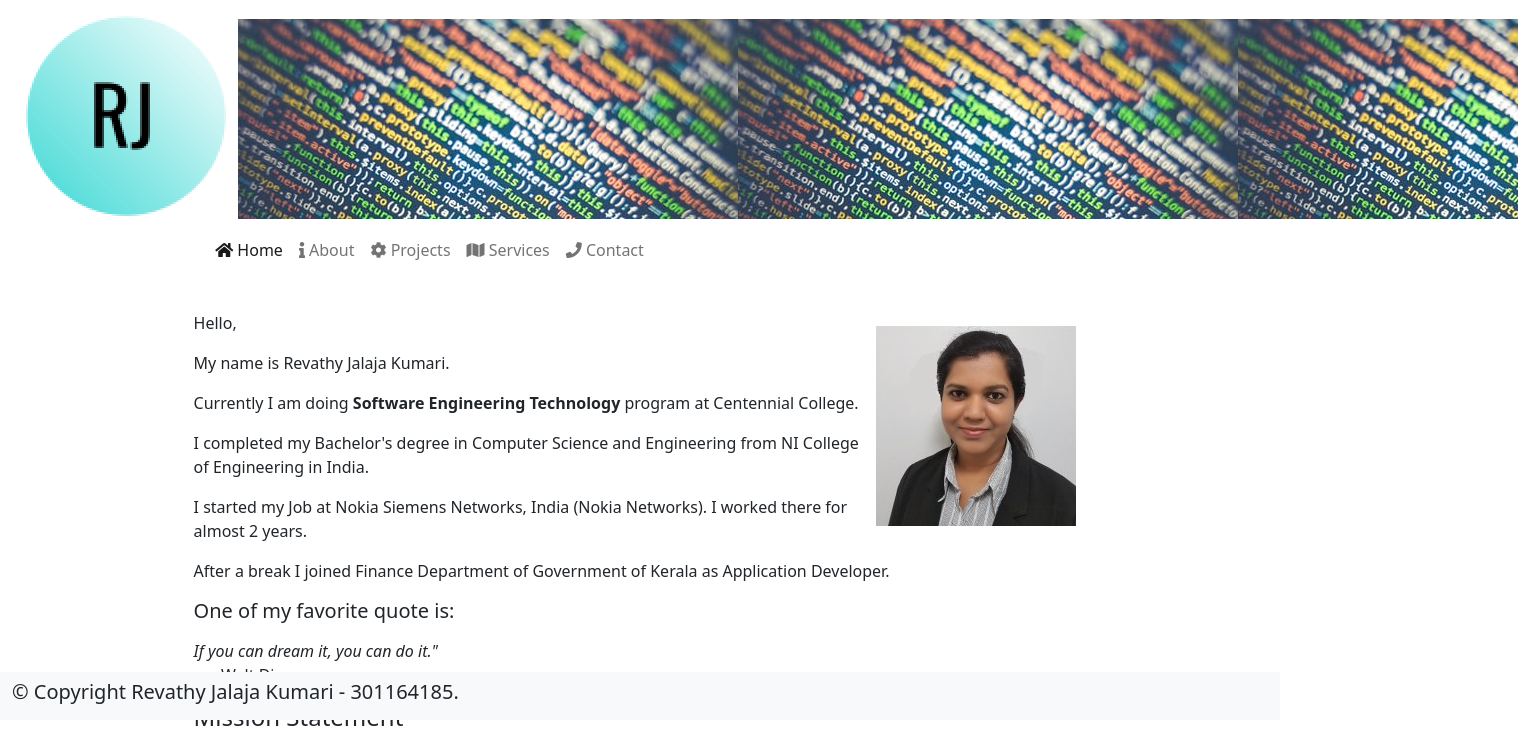
Repository: RevathyJK/Portfolio
Page: http://localhost/about
An editor plug-in stored every save of this project. The page is shown before and after the next save, followed by the edit.
The browser window is 1280 px wide. The page is 1519 px wide, so the pictures cover 1519 px, including what lies to the right of the window. The pictures show the whole page.
Backgrounds fixed to the window are drawn as part of the page. The page is served by the project's Node server (server.js).

Above is the page before, as saved 2021-10-01 14:13:30.

After the next save:
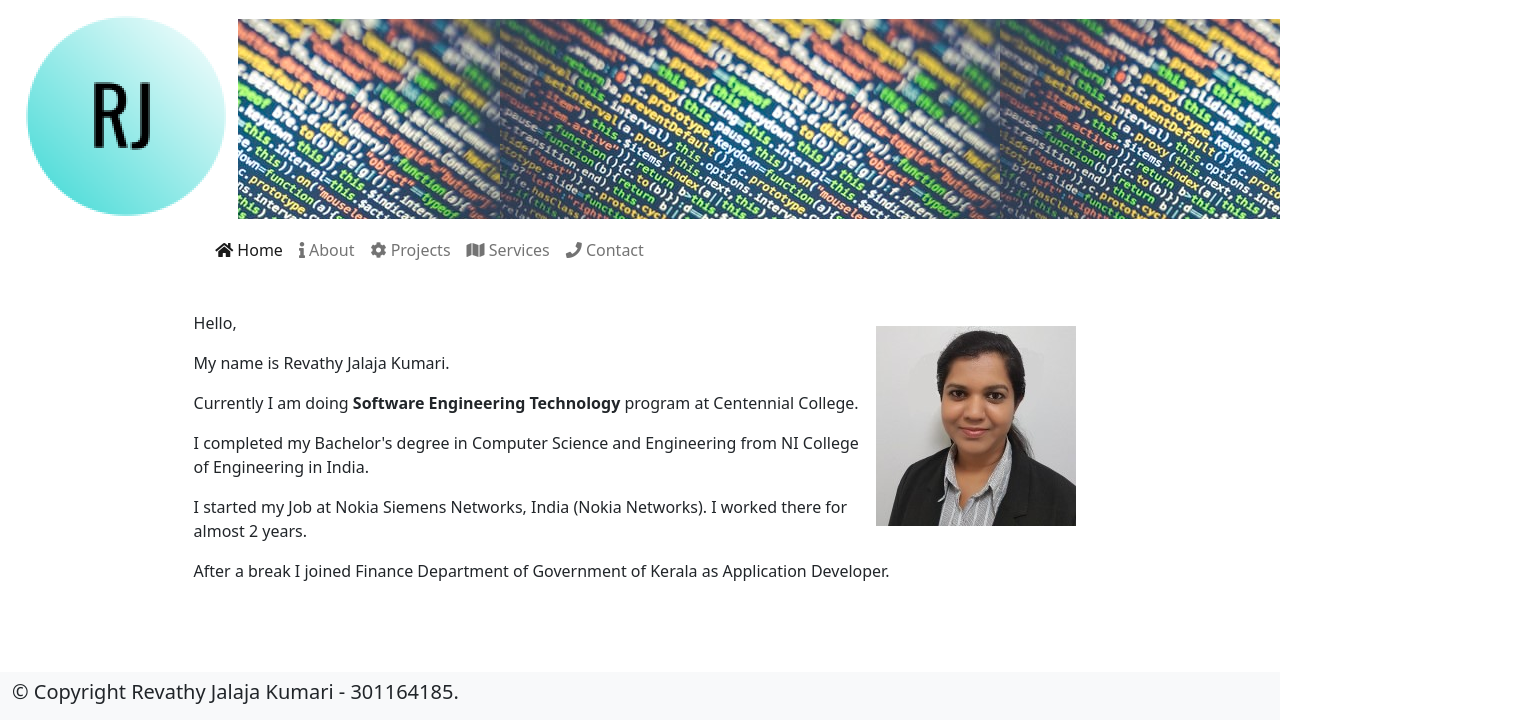
Saved 20 s later.
--- a/Server/Views/content/about.ejs
+++ b/Server/Views/content/about.ejs
@@ -16,13 +16,6 @@
 
 
 
-				<p><h5>One of my favorite quote is: </h5></p>
-				<blockquote>
-					<i>If you can dream it, you can do it."</i>
-					<br>~~~Walt Disney~~~
-				</blockquote>
-
-<h4>Mission Statement</h4>
 
 <p>
 
